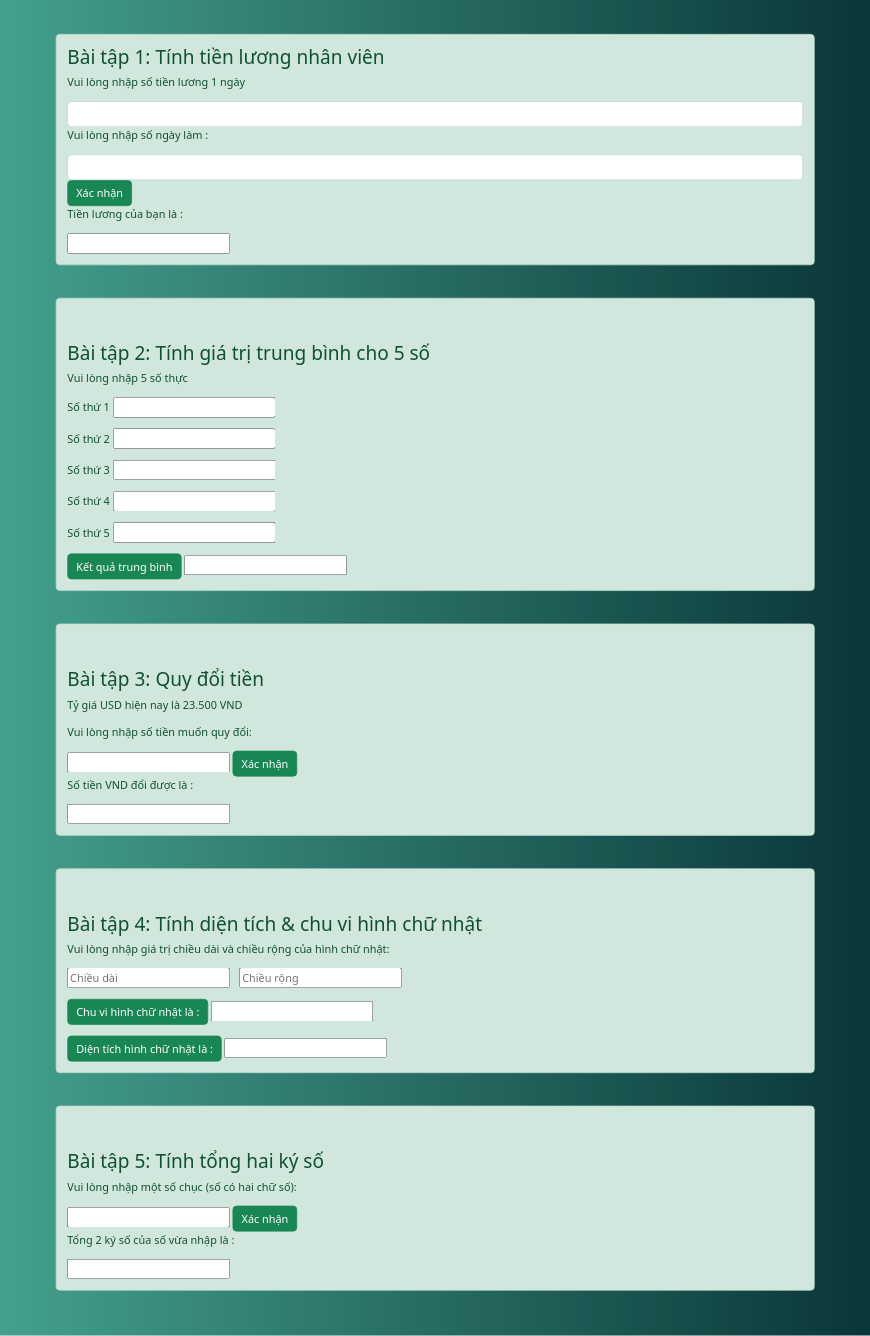
Repository: hcozyph/TranHuuPhuoc_BC43_BT_JS_Buoi2
Page: index.html
The author's editor kept a copy of each file at every save. The page is drawn from the files as they stood at one save, then again after the next save.
The browser window is 1280 px wide. The pictures show the whole page, at 68% of full size.

Above is the page before, as saved 2023-02-03 20:46:22.

### index.html
<!DOCTYPE html>
<html lang="en">
    <head>
        <title>BT JS - Buoi 1</title>
        <!-- Required meta tags -->
        <meta charset="utf-8" />
        <meta
            name="viewport"
            content="width=device-width, initial-scale=1, shrink-to-fit=no"
        />

        <!-- font-family -->
        <link
            href="//fonts.googleapis.com/css2?family=Pacifico&amp;display=swap"
            rel="stylesheet"
        />
        <link
            href="//fonts.googleapis.com/css2?family=Quicksand:wght@300;400;500;600;700&amp;display=swap"
            rel="stylesheet"
        />

        <!-- Bootstrap CSS v5.2.1 -->
        <link
            href="https://cdn.jsdelivr.net/npm/bootstrap@5.2.1/dist/css/bootstrap.min.css"
            rel="stylesheet"
            integrity="sha384-iYQeCzEYFbKjA/T2uDLTpkwGzCiq6soy8tYaI1GyVh/UjpbCx/TYkiZhlZB6+fzT"
            crossorigin="anonymous"
        />

        <!-- FontAwesome 6.2.0 CSS -->
        <link
            rel="stylesheet"
            href="https://cdnjs.cloudflare.com/ajax/libs/font-awesome/6.2.0/css/all.min.css"
            integrity="sha512-xh6O/CkQoPOWDdYTDqeRdPCVd1SpvCA9XXcUnZS2FmJNp1coAFzvtCN9BmamE+4aHK8yyUHUSCcJHgXloTyT2A=="
            crossorigin="anonymous"
            referrerpolicy="no-referrer"
        />

        <!-- index.css -->
        <link rel="stylesheet" href="./style/index.css" />
    </head>

    <body>
        <div class="btvn">
            <!-- BT1 -->
            <div class="container">
                <!-- BT-1 -->
                <div class="BT1 alert alert-success">
                    <h1 class="fs-3">Bài tập 1: Tính tiền lương nhân viên</h1>

                    <!-- <div class="col-4"> -->
                    <p>Vui lòng nhập số tiền lương 1 ngày</p>

                    <input type="text" id="luongMotNgay" class="form-control" />
                    <!-- </div> -->

                    <p>Vui lòng nhập số ngày làm :</p>
                    <input type="number" id="soNgayLam" class="form-control" />
                    <button
                        class="btn btn-success"
                        id="btnXacNhan"
                        onclick="inputSoNgayLam()"
                    >
                        Xác nhận
                    </button>
                    <p>Tiền lương của bạn là :</p>
                    <input type="text" id="result" />
                </div>

                <!-- BT2 -->
                <div class="BT2 alert alert-success mt-5">
                    <h1 class="fs-3 mt-5">
                        Bài tập 2: Tính giá trị trung bình cho 5 số
                    </h1>
                    <p>Vui lòng nhập 5 số thực</p>

                    <p>Số thứ 1 <input type="number" id="n1" /></p>
                    <p>Số thứ 2 <input type="number" id="n2" /></p>
                    <p>Số thứ 3 <input type="number" id="n3" /></p>
                    <p>Số thứ 4 <input type="number" id="n4" /></p>
                    <p>Số thứ 5 <input type="number" id="n5" /></p>

                    <button
                        class="btn btn-success"
                        id="btnAverage"
                        onclick="average()"
                    >
                        Kết quả trung bình
                    </button>
                    <input type="text" id="average" />
                </div>

                <!-- BT3 -->
                <div class="BT3 alert alert-success mt-5">
                    <h1 class="fs-3 mt-5">Bài tập 3: Quy đổi tiền</h1>
                    <p>Tỷ giá USD hiện nay là 23.500 VND</p>
                    <p>Vui lòng nhập số tiền muốn quy đổi:</p>

                    <input type="number" id="inputUsd" />
                    <button
                        class="btn btn-success"
                        id="btnTradeMoney"
                        onclick="tradeMoney ()"
                    >
                        Xác nhận
                    </button>

                    <p>Số tiền VND đổi được là :</p>
                    <input type="text" id="tradeMoney" />
                </div>

                <!-- BT4 -->
                <div class="BT4 alert alert-success mt-5">
                    <h1 class="fs-3 mt-5">
                        Bài tập 4: Tính diện tích & chu vi hình chữ nhật
                    </h1>
                    <p>
                        Vui lòng nhập giá trị chiều dài và chiều rộng của hình
                        chữ nhật:
                    </p>

                    <input type="number" id="length" placeholder="Chiều dài" />
                    <input
                        style="margin-left: 10px"
                        type="number"
                        id="width"
                        placeholder="Chiều rộng"
                    />

                    <div class="chuVi mt-3">
                        <button class="btn btn-success" onclick="chuVi()">
                            Chu vi hình chữ nhật là :
                        </button>
                        <input type="number" id="chuVi" />
                    </div>

                    <div class="dienTich mt-3">
                        <button class="btn btn-success" onclick="dienTich()">
                            Diện tích hình chữ nhật là :
                        </button>
                        <input type="number" id="dienTich" />
                    </div>
                </div>

                <!-- BT5 -->
                <div class="BT5 alert alert-success mt-5">
                    <h1 class="fs-3 mt-5">Bài tập 5: Tính tổng hai ký số</h1>
                    <p>Vui lòng nhập một số chục (số có hai chữ số):</p>
                    <input type="number" id="inputSoChuc" />
                    <button class="btn btn-success" onclick="tong2KySo()">
                        Xác nhận
                    </button>
                    <p>Tổng 2 ký số của số vừa nhập là :</p>
                    <input type="number" id="tong2KySo" />
                </div>
            </div>
        </div>

        <!-- Bootstrap JavaScript Libraries -->
        <script
            src="https://cdn.jsdelivr.net/npm/@popperjs/core@2.11.6/dist/umd/popper.min.js"
            integrity="sha384-oBqDVmMz9ATKxIep9tiCxS/Z9fNfEXiDAYTujMAeBAsjFuCZSmKbSSUnQlmh/jp3"
            crossorigin="anonymous"
        ></script>

        <script
            src="https://cdn.jsdelivr.net/npm/bootstrap@5.2.1/dist/js/bootstrap.min.js"
            integrity="sha384-7VPbUDkoPSGFnVtYi0QogXtr74QeVeeIs99Qfg5YCF+TidwNdjvaKZX19NZ/e6oz"
            crossorigin="anonymous"
        ></script>

        <!-- js customize -->
        <script src="./index.js"></script>
    </body>
</html>

### style/index.css
.btvn {
    background: linear-gradient(to right, rgb(68, 160, 141), rgb(9, 54, 55));
    background-repeat: no-repeat;
    background-size: cover;
    margin: 0 auto;
    padding: 50px;
}

### index.js
//BT1: Tính tiền lương nhân viên
function inputSoNgayLam () {
    //input:
    var soNgayLam = document.getElementById('soNgayLam').value;
    var luongMotNgay = document.getElementById('luongMotNgay').value;

    //output:
    var result = 0;

    //progress
    var result = parseInt(soNgayLam) * parseInt(luongMotNgay);

    document.getElementById('result').value = result.toLocaleString() + ' VND';
}

//BT2: Tính trung bình cộng 5 số
function average () {
    //input:
    var n1 = document.getElementById('n1').value;
    var n2 = document.getElementById('n2').value;
    var n3 = document.getElementById('n3').value;
    var n4 = document.getElementById('n4').value;
    var n5 = document.getElementById('n5').value;
    //output:
    var average = 0;
    const soLuongInput = 5;

    //progress
    var sum = parseFloat(n1) + parseFloat(n2) + parseFloat(n3) + parseFloat(n4) + parseFloat(n5);

    var average =  sum / parseFloat(soLuongInput) ;

    document.getElementById('average').value = average;
}

//BT3: Quy đổi tiền
function tradeMoney () {
    //input
    var inputUsd = document.getElementById('inputUsd').value;
    const tyGia = 23500;

    //output
    var tradeMoney = 0;

    //progress
    var tradeMoney = parseInt(inputUsd) * parseInt(tyGia);
    document.getElementById('tradeMoney').value = tradeMoney.toLocaleString() + ' VND';
}

//BT4: Tính chu vi & diện tích hình chữ nhật
function chuVi () {
    // input
    var length = document.getElementById('length').value;
    var width = document.getElementById('width').value;

    //output
    var chuVi = ( parseInt(length) + parseInt(width) ) * 2;

    //progress
    document.getElementById('chuVi').value = chuVi.toLocaleString();
}


function dienTich () {
    // input
    var length = document.getElementById('length').value;
    var width = document.getElementById('width').value;

    //output
    var dienTich = parseInt(length) * parseInt(width) ;

    //progress
    document.getElementById('dienTich').value = dienTich.toLocaleString();
}


//BT5: Tính tổng hai ký số
function tong2KySo () {
    //input
    var inputSoChuc = document.getElementById('inputSoChuc').value;
    var hangChuc = 0;
    var hangDonVi = 0;

    //output
    var tong2KySo = 0;

    //progress
    var hangChuc = Math.floor(Number(inputSoChuc)/10)
    var hangDonVi = Math.floor(Number(inputSoChuc)%10)
    var tong2KySo = parseInt(hangChuc) + parseInt(hangDonVi);

    document.getElementById('tong2KySo').value = tong2KySo;
}
/*
Link vercel:
https://tran-huu-phuoc-bc-43-bt-js-buoi1.vercel.app/
*/

After the next save:
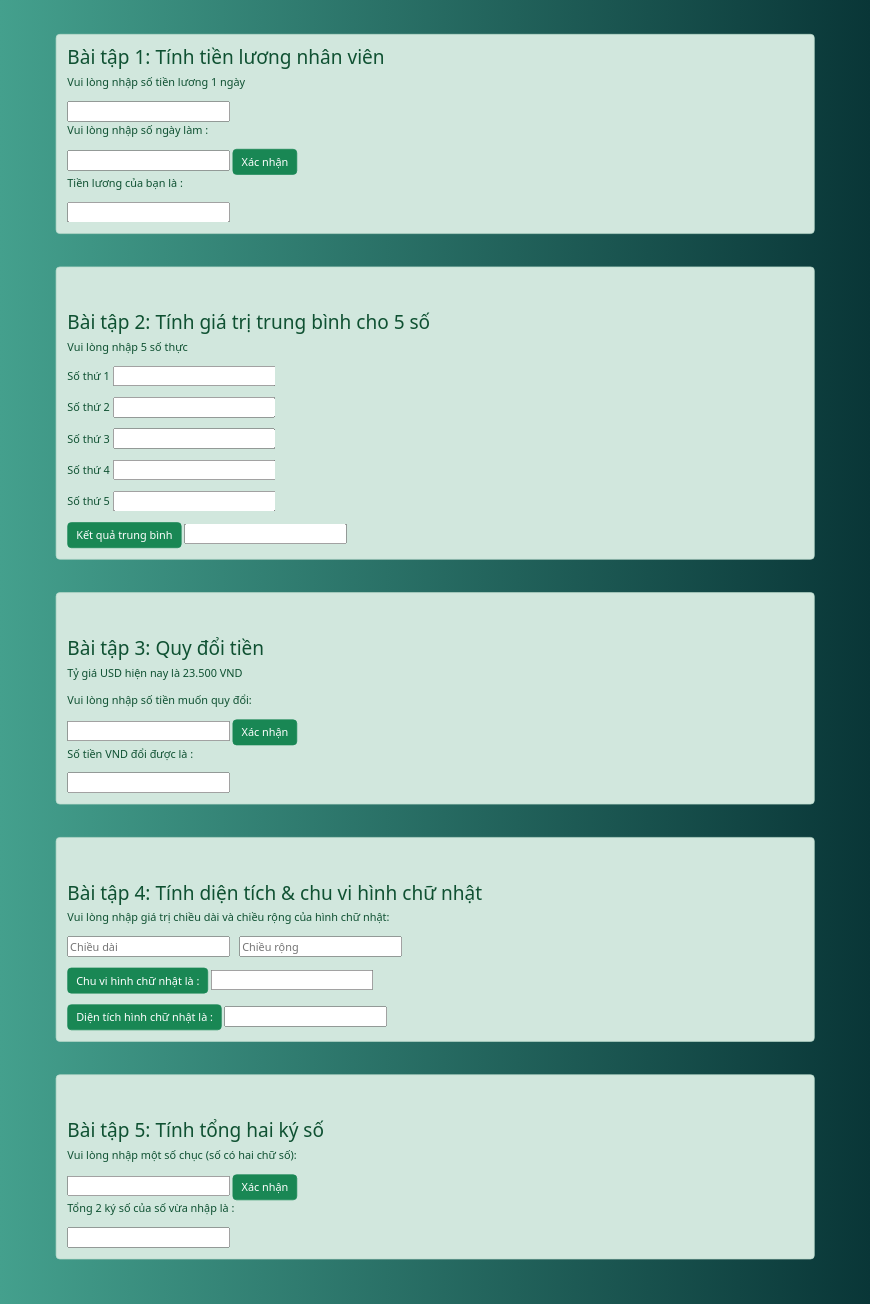
Saved 92 s later.
--- a/index.html
+++ b/index.html
@@ -51,11 +51,11 @@
                     <!-- <div class="col-4"> -->
                     <p>Vui lòng nhập số tiền lương 1 ngày</p>
 
-                    <input type="text" id="luongMotNgay" class="form-control" />
+                    <input type="text" id="luongMotNgay" />
                     <!-- </div> -->
 
                     <p>Vui lòng nhập số ngày làm :</p>
-                    <input type="number" id="soNgayLam" class="form-control" />
+                    <input type="number" id="soNgayLam" />
                     <button
                         class="btn btn-success"
                         id="btnXacNhan"
